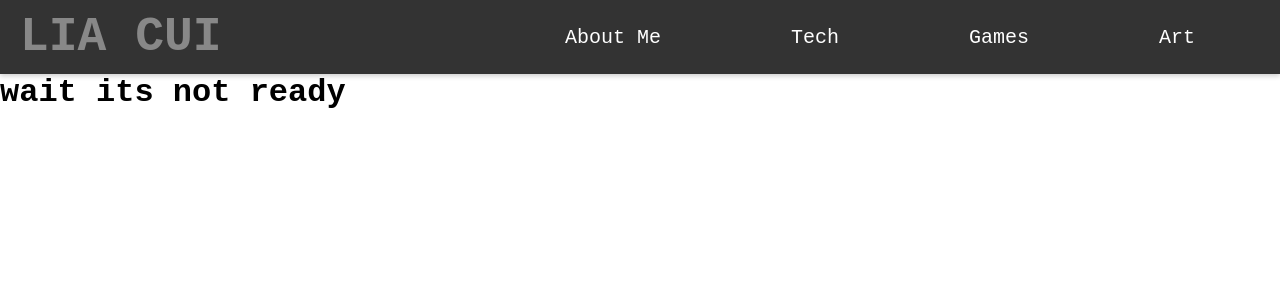
Repository: ljcui1/Lia-Cui-Portfolio
Page: index.html
The author's editor kept a copy of each file at every save. The page is drawn from the files as they stood at one save, then again after the next save.
The browser window is 1280 px wide. The pictures show the whole page.

Above is the page before, as saved 2026-01-15 11:40:49.

### index.html
<!DOCTYPE html>
<html lang="en">
<head>
    <meta charset="UTF-8">
    <meta name="viewport" content="width=device-width, initial-scale=1.0">
    <title>Lia Cui's Portfolio</title>
    <link rel="stylesheet" href="style.css">

    <!--source pro code font-->
    <style>
    @import url('https://fonts.googleapis.com/css2?family=Source+Code+Pro:ital,wght@0,200..900;1,200..900&display=swap');
    </style>
</head>
<body>
    <header>
        <div id="logo">
            <h1>
                LIA CUI
            </h1>
        </div>
        <nav>
            <ul>
                <li><a href="index.html" class="currPage">About Me</a></li>
                <li><a href="subpages/tech_index.html">Tech</a></li>
                <li><a href="subpages/games_index.html">Games</a></li>
                <li><a href="subpages/art_index.html">Art</a></li>
            </ul>
        </nav>
    </header>
    <h1>wait its not ready</h1>
</body>
</html>

### style.css
@import url('https://fonts.googleapis.com/css2?family=Source+Code+Pro:ital,wght@0,200..900;1,200..900&display=swap');

.source-code-pro- {
  font-family: "Source Code Pro", monospace;
  font-optical-sizing: auto;
  font-weight: 10;
  font-style: normal;
}

* {
    margin: 0;
    padding: 0;
    box-sizing: border-box;
    /*set background color*/
}

body {
    font-family: 'Source Pro Code', monospace;
}

/*header styling*/
header {
    /*temp colors*/
    background-color: #333;
    color: white;
    padding: 10px 0;
    display: flex;
    justify-content: space-between;
    align-items: center;
    box-shadow: 0 2px 5px rgba(0, 0, 0, 0.2);
}

#logo {
    color: #888;
    padding-left: 20px;
    font-size: 1.5em;
    font-weight: bold;
}

/*navbar styling*/
nav ul { /*specifically styling the unordered list in the navbar*/
    list-style-type: none; /*removes bullet points + other styling*/
    display: flex; /*flexboxes allow for horizontal display*/
    padding-right: 20px;
}

nav ul li a { /*specifically styling the unordered list item links in the navbar*/
    color: white;
    text-decoration: none;
    font-size: 20px;
    margin-left: 50px;
    margin-right: 50px;
    padding: 10px 15px;
    display: block; /*makes entire padding area clickable to corresponding link*/
    transition: background-color 0.3s;
}

nav ul li a:hover { /*specifically styling the hover state of the unordered list item links in the navbar*/
    background-color: #555;
}

After the next save:
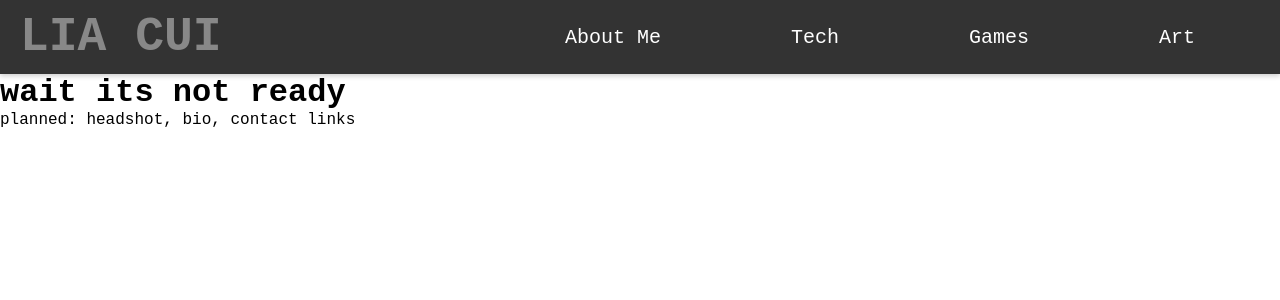
Saved 93 s later.
--- a/index.html
+++ b/index.html
@@ -28,5 +28,6 @@
         </nav>
     </header>
     <h1>wait its not ready</h1>
+    <p>planned: headshot, bio, contact links</p>
 </body>
 </html>
